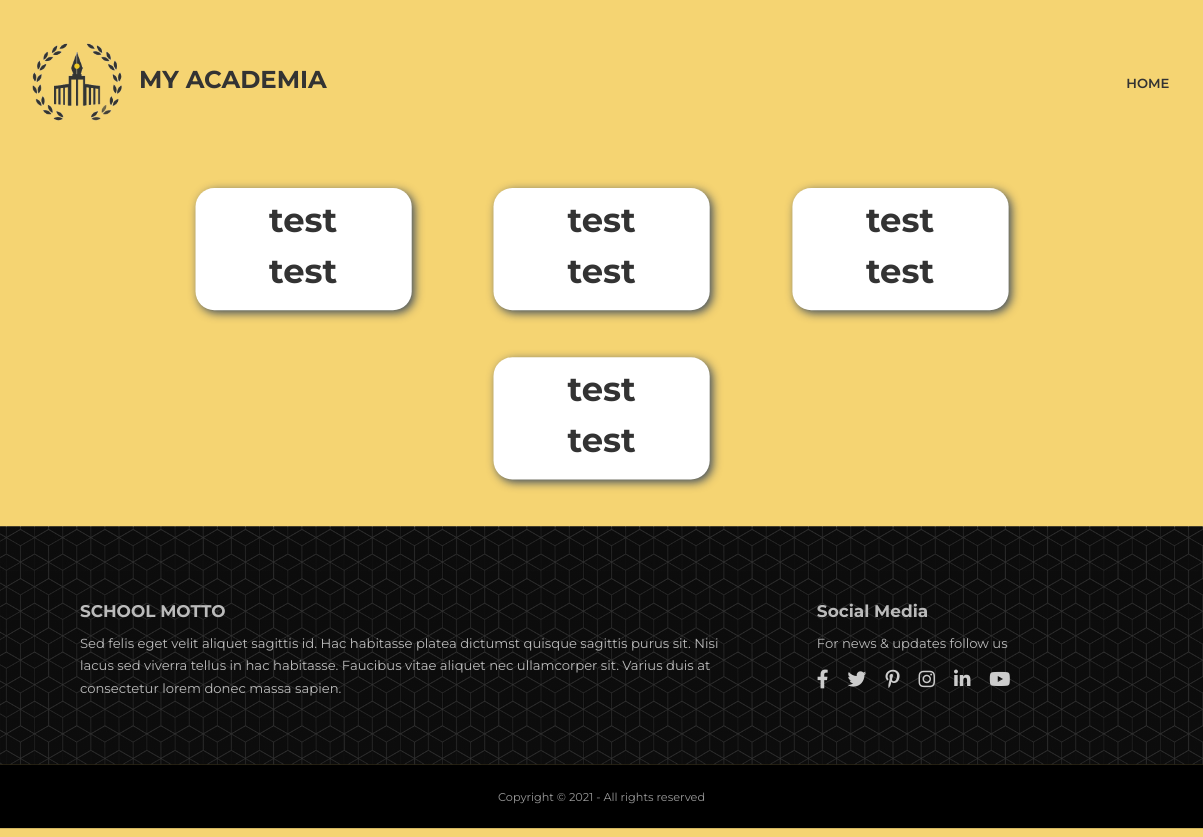
Repository: SaxenaAbhay/DBMS2023
Page: http://localhost/dashboard
The author's editor kept a copy of each file at every save. The page is drawn from the files as they stood at one save, then again after the next save.
The browser window is 1280 px wide. The pictures show the whole page, at 94% of full size.
The page is this project's Thymeleaf template; nobody is signed in. The template is opened directly, without the code that normally fills it, so the values that code supplies are empty.

Above is the page before, as saved 2023-10-21 18:09:18.

### school-managment-system/src/main/resources/templates/dashboard.html
<!DOCTYPE html>
<html lang="en">

<head>
    <meta charset="utf-8">
    <meta name="viewport" content="width=device-width, initial-scale=1, shrink-to-fit=no">

    <!-- SEO Meta Tags -->
    <meta name="description" content="My Academia">
    <meta name="keywords" content="school website, responsive">
    <meta name="author" content="XYZ">

    <!-- Website Title -->
    <title>My Academia</title>

    <link href="https://fonts.googleapis.com/css?family=Montserrat:400,400i,600,700,700i&display=swap" rel="stylesheet">

    <link href="css/bootstrap.css" rel="stylesheet">
    <link href="css/fontawesome-all.css" rel="stylesheet">
    <link href="css/swiper.css" rel="stylesheet">
    <link href="css/styles.css" rel="stylesheet">

    <link rel="icon" href="images/logo2.jpg">

    <!-- Scripts -->
    <script src="js/jquery.min.js" defer></script>
    <script src="js/popper.min.js" defer></script>
    <script src="js/bootstrap.min.js" defer></script>
    <script src="js/jquery.easing.min.js" defer></script>
    <script src="js/swiper.min.js" defer></script>
    <script src="js/validator.min.js" defer></script>
    <script src="js/scripts.js" defer></script>
</head>

<body data-spy="scroll" data-target=".fixed-top" class="application">

    <!-- Preloader -->
    <div class="spinner-wrapper">
        <div class="spinner">
            <div class="bounce1"></div>
            <div class="bounce2"></div>
            <div class="bounce3"></div>
        </div>
    </div>
    <!-- end of preloader -->


    <!-- Navigation -->
    <nav class="navbar navbar-expand-lg navbar-dark navbar-custom fixed-top">

        <!-- Logo -->
        <a class="navbar-brand logo-image" href="./index.html"><img src="./images/logo.jpg"></a>
        <h3>MY ACADEMIA</h3>

        <div class="collapse navbar-collapse" id="navbarsExampleDefault">
            <ul class="navbar-nav ml-auto">
                <li class="nav-item">
                    <a class="nav-link page-scroll" href="./index.html">HOME</a>
                </li>
            </ul>
        </div>
    </nav>

    <div class="wrapper_2">

    <div class="box-container">

                <div class="box box1">
                    <div class="text">
                        <h2 class="topic-heading">test</h2>
                        <h2 class="topic">test</h2>
                    </div>

                    <!--<img src=
"https://media.geeksforgeeks.org/wp-content/uploads/20221210184645/Untitled-design-(31).png"
                        alt="Views">-->
                </div>

                <div class="box box2">
                    <div class="text">
                        <h2 class="topic-heading">test</h2>
                        <h2 class="topic">test</h2>
                    </div>

                    <!--<img src=
"https://media.geeksforgeeks.org/wp-content/uploads/20221210185030/14.png"
                         alt="likes">-->
                </div>

                <div class="box box3">
                    <div class="text">
                        <h2 class="topic-heading">test</h2>
                        <h2 class="topic">test</h2>
                    </div>

                    <!--<img src=
"https://media.geeksforgeeks.org/wp-content/uploads/20221210184645/Untitled-design-(32).png"
                        alt="comments">-->
                </div>

                <div class="box box4">
                    <div class="text">
                        <h2 class="topic-heading">test</h2>
                        <h2 class="topic">test</h2>
                    </div>

                    <!--<img src=
"https://media.geeksforgeeks.org/wp-content/uploads/20221210185029/13.png" alt="published">-->
                </div>
            </div>
         </div>

    <!--<div class="wrapper">
        <div class="title">LOGIN</div>
        <form class="form">
            <div class="inputfield">
                <label>Username</label>
                <input type="text" class="input">
            </div>
            <div class="inputfield">
                <label>Password</label>
                <input type="text" class="input">
            </div>
            <div class="inputfield">
                <label>Class To Be Enrolled</label>
                <input type="text" class="input">
            </div>
            <div class="inputfield">
                <label>Last School Attended</label>
                <input type="text" class="input">
            </div>
            <div class="inputfield">
                <label>Gender</label>
                <div class="custom_select">
                    <select>
                        <option value="">Select</option>
                        <option value="male">Male</option>
                        <option value="female">Female</option>
                    </select>
                </div>
            </div>
            <div class="inputfield">
                <label>D.O.B.</label>
                <input type="date" class="input">
            </div>
            <div class="inputfield">
                <label>Blood Group</label>
                <input type="text" class="input">
            </div>
            <div class="inputfield">
                <label>Religion</label>
                <input type="text" class="input">
            </div>
            <div class="inputfield">
                <label>Caste</label>
                <div class="custom_select">
                    <select>
                        <option value="">Select</option>
                        <option value="gen">GEN</option>
                        <option value="sc-st">SC/ST</option>
                        <option value="obc">OBC</option>
                    </select>
                </div>
            </div>
            <div class="inputfield">
                <label>Contact Number</label>
                <input type="text" class="input">
            </div>
            <div class="inputfield">
                <label>Aadhaar Number</label>
                <input type="text" class="input">
            </div>
            <div class="form-group">
                <label>Upload image of Aadhaar Card</label>
                <input type="file">
            </div>
            <div class="inputfield">
                <label>Father's Name</label>
                <input type="text" class="input">
            </div>
            <div class="inputfield">
                <label>Father's Occupation</label>
                <div class="custom_select">
                    <select>
                        <option value="">Select</option>
                        <option value="pvt">Private Service</option>
                        <option value="ind">Industrial Service</option>
                        <option value="govt">Govt Service</option>
                        <option value="self">Self Employed</option>
                    </select>
                </div>
            </div>
            <div class="inputfield">
                <label>Father's Email</label>
                <input type="text" class="input">
            </div>
            <div class="inputfield">
                <label>Father's Contact</label>
                <input type="text" class="input">
            </div>
            <div class="inputfield">
                <label>Father's Aadhaar Number</label>
                <input type="text" class="input">
            </div>
            <div class="form-group">
                <label>Upload image of Aadhaar Card</label>
                <input type="file">
            </div>
            <div class="inputfield">
                <label>Mother's Name</label>
                <input type="text" class="input">
            </div>
            <div class="inputfield">
                <label>Mother's Occupation</label>
                <div class="custom_select">
                    <select>
                        <option value="">Select</option>
                        <option value="pvt">Private Service</option>
                        <option value="ind">Industrial Service</option>
                        <option value="govt">Govt Service</option>
                        <option value="self">Self Employed</option>
                    </select>
                </div>
            </div>
            <div class="inputfield">
                <label>Mother's Email</label>
                <input type="text" class="input">
            </div>
            <div class="inputfield">
                <label>Mother's Contact</label>
                <input type="text" class="input">
            </div>
            <div class="inputfield">
                <label>Mother's Aadhaar Number</label>
                <input type="text" class="input">
            </div>
            <div class="form-group">
                <label>Upload image of Aadhaar Card</label>
                <input type="file">
            </div>
            <div class="inputfield">
                <label>Guardian's Name</label>
                <input type="text" class="input">
            </div>
            <div class="inputfield">
                <label>Guardian's Occupation</label>
                <div class="custom_select">
                    <select>
                        <option value="">Select</option>
                        <option value="pvt">Private Service</option>
                        <option value="ind">Industrial Service</option>
                        <option value="govt">Govt Service</option>
                        <option value="self">Self Employed</option>
                    </select>
                </div>
            </div>
            <div class="inputfield">
                <label>Guardian's Email</label>
                <input type="text" class="input">
            </div>
            <div class="inputfield">
                <label>Guardian's Contact</label>
                <input type="text" class="input">
            </div>
            <div class="inputfield">
                <label>Guardian's Aadhaar Number</label>
                <input type="text" class="input">
            </div>
            <div class="form-group">
                <label>Upload image of Aadhaar Card</label>
                <input type="file">
            </div>
            <div class="inputfield">
                <label>Family Income</label>
                <input type="text" class="input">
            </div>
            <div class="inputfield">
                <label>Address</label>
                <textarea class="textarea"></textarea>
            </div>
            <div class="inputfield terms">
                <label class="check">
                    <input type="checkbox">
                    <span class="checkmark"></span>
                </label>
                <p>Agreed to <a href="./terms.html"> terms and conditions</a></p>
            </div>
            <div class="inputfield">
                <input type="submit" value="SIGN IN" class="btn">
            </div>
        </form>
    </div>-->

    <!-- Footer -->
    <div class="footer">
        <div class="container">
            <div class="row">
                <div class="col-md-8">
                    <div class="footer-col first">
                        <h5>SCHOOL MOTTO</h5>
                        <p class="p-small">Sed felis eget velit aliquet sagittis id. Hac habitasse platea dictumst
                            quisque sagittis purus sit. Nisi lacus sed viverra tellus in hac habitasse. Faucibus vitae
                            aliquet nec ullamcorper sit. Varius duis at consectetur lorem donec massa sapien.</p>
                    </div>
                </div> <!-- end of col -->
                <div class="col-md-4">
                    <div class="footer-col fourth">
                        <h5>Social Media</h5>
                        <p class="p-small">For news & updates follow us</p>
                        <a href="#your-link">
                            <i class="fab fa-facebook-f"></i>
                        </a>
                        <a href="#your-link">
                            <i class="fab fa-twitter"></i>
                        </a>
                        <a href="#your-link">
                            <i class="fab fa-pinterest-p"></i>
                        </a>
                        <a href="#your-link">
                            <i class="fab fa-instagram"></i>
                        </a>
                        <a href="#your-link">
                            <i class="fab fa-linkedin-in"></i>
                        </a>
                        <a href="#your-link">
                            <i class="fab fa-youtube"></i>
                        </a>
                    </div>
                </div> <!-- end of col -->
            </div> <!-- end of row -->
        </div> <!-- end of container -->
    </div> <!-- end of footer -->
    <!-- end of footer -->


    <!-- Copyright -->
    <div class="copyright">
        <div class="container">
            <div class="row">
                <div class="col-lg-12">
                    <p class="p-small">Copyright © 2021 - All rights reserved</p>
                </div> <!-- end of col -->
            </div> <!-- enf of row -->
        </div> <!-- end of container -->
    </div> <!-- end of copyright -->
    <!-- end of copyright -->
</body>

</html>

Loaded but not shown: school-managment-system/src/main/resources/static/css/bootstrap.css (library); school-managment-system/src/main/resources/static/css/fontawesome-all.css (library); school-managment-system/src/main/resources/static/css/swiper.css (library); school-managment-system/src/main/resources/static/js/jquery.min.js (library); school-managment-system/src/main/resources/static/js/popper.min.js (library); school-managment-system/src/main/resources/static/js/bootstrap.min.js (library); school-managment-system/src/main/resources/static/js/jquery.easing.min.js (library); school-managment-system/src/main/resources/static/js/swiper.min.js (library); school-managment-system/src/main/resources/static/js/validator.min.js (library); school-managment-system/src/main/resources/static/js/scripts.js (177 lines, source omitted); school-managment-system/src/main/resources/static/css/styles.css (1735 lines, source omitted)

After the next save:
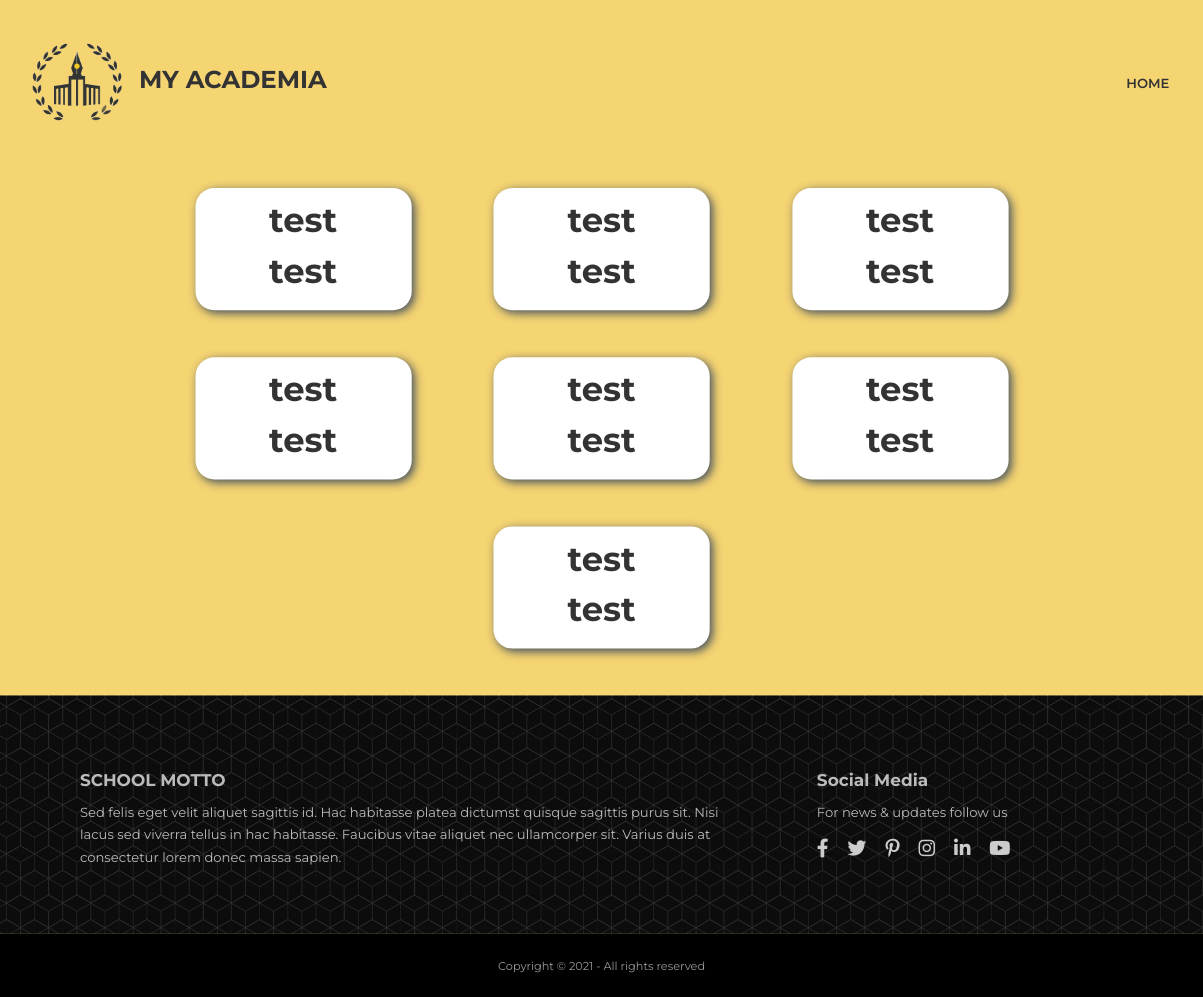
Saved 51 s later.
--- a/school-managment-system/src/main/resources/templates/dashboard.html
+++ b/school-managment-system/src/main/resources/templates/dashboard.html
@@ -70,6 +70,40 @@
                         <h2 class="topic-heading">test</h2>
                         <h2 class="topic">test</h2>
                     </div>
+
+
+                    <!--<img src=
+"https://media.geeksforgeeks.org/wp-content/uploads/20221210184645/Untitled-design-(31).png"
+                        alt="Views">-->
+                </div>
+                <div class="box box1">
+                    <div class="text">
+                        <h2 class="topic-heading">test</h2>
+                        <h2 class="topic">test</h2>
+                    </div>
+
+
+                    <!--<img src=
+"https://media.geeksforgeeks.org/wp-content/uploads/20221210184645/Untitled-design-(31).png"
+                        alt="Views">-->
+                </div>
+                <div class="box box1">
+                    <div class="text">
+                        <h2 class="topic-heading">test</h2>
+                        <h2 class="topic">test</h2>
+                    </div>
+
+
+                    <!--<img src=
+"https://media.geeksforgeeks.org/wp-content/uploads/20221210184645/Untitled-design-(31).png"
+                        alt="Views">-->
+                </div>
+                <div class="box box1">
+                    <div class="text">
+                        <h2 class="topic-heading">test</h2>
+                        <h2 class="topic">test</h2>
+                    </div>
+
 
                     <!--<img src=
 "https://media.geeksforgeeks.org/wp-content/uploads/20221210184645/Untitled-design-(31).png"

After the save that followed:
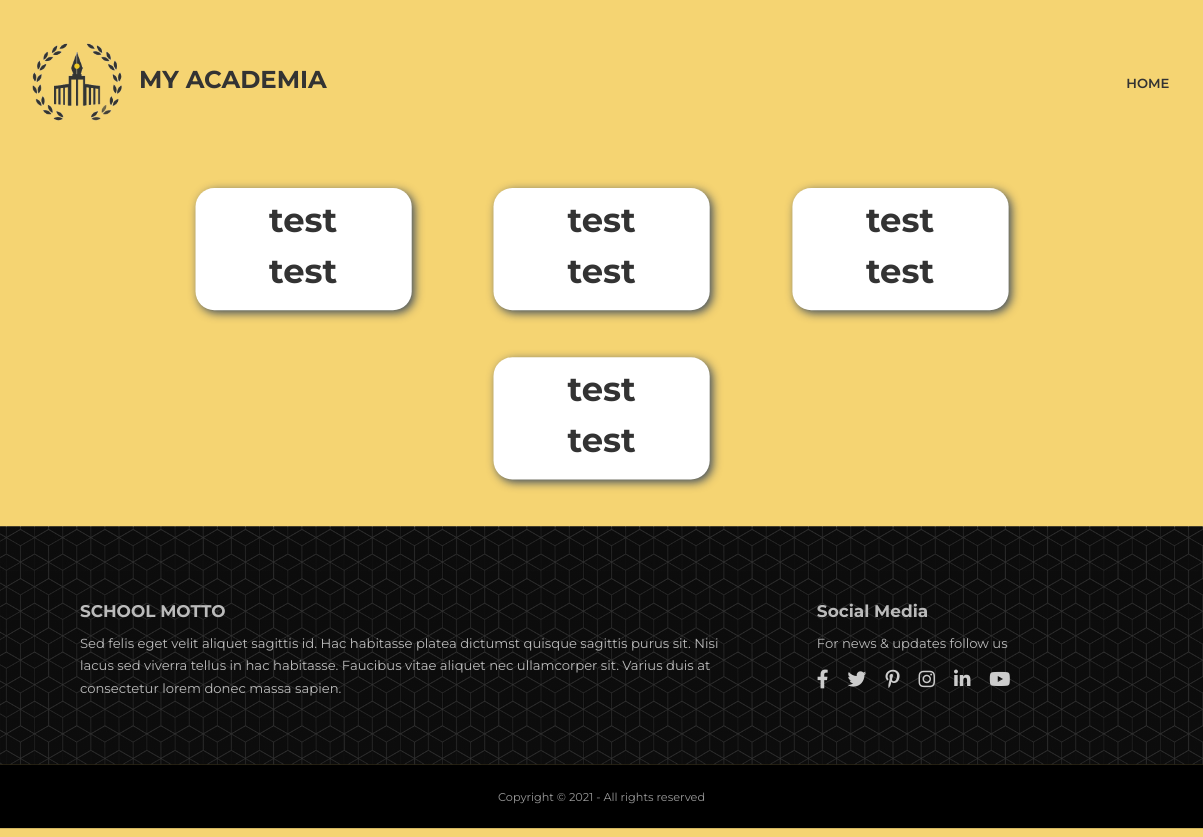
Saved 79 s later.
--- a/school-managment-system/src/main/resources/templates/dashboard.html
+++ b/school-managment-system/src/main/resources/templates/dashboard.html
@@ -70,40 +70,6 @@
                         <h2 class="topic-heading">test</h2>
                         <h2 class="topic">test</h2>
                     </div>
-
-
-                    <!--<img src=
-"https://media.geeksforgeeks.org/wp-content/uploads/20221210184645/Untitled-design-(31).png"
-                        alt="Views">-->
-                </div>
-                <div class="box box1">
-                    <div class="text">
-                        <h2 class="topic-heading">test</h2>
-                        <h2 class="topic">test</h2>
-                    </div>
-
-
-                    <!--<img src=
-"https://media.geeksforgeeks.org/wp-content/uploads/20221210184645/Untitled-design-(31).png"
-                        alt="Views">-->
-                </div>
-                <div class="box box1">
-                    <div class="text">
-                        <h2 class="topic-heading">test</h2>
-                        <h2 class="topic">test</h2>
-                    </div>
-
-
-                    <!--<img src=
-"https://media.geeksforgeeks.org/wp-content/uploads/20221210184645/Untitled-design-(31).png"
-                        alt="Views">-->
-                </div>
-                <div class="box box1">
-                    <div class="text">
-                        <h2 class="topic-heading">test</h2>
-                        <h2 class="topic">test</h2>
-                    </div>
-
 
                     <!--<img src=
 "https://media.geeksforgeeks.org/wp-content/uploads/20221210184645/Untitled-design-(31).png"
